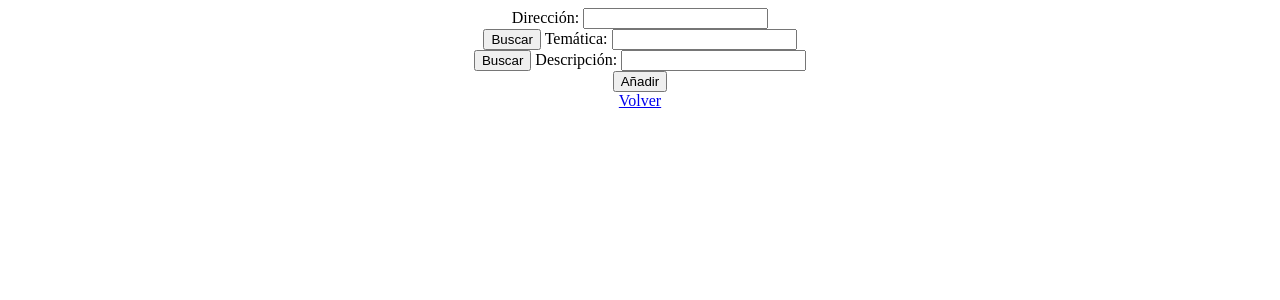
Repository: Jorgee-sk/Ws-Spring
Page: http://localhost/02_buscador_spring/addPagina.jsp
These files come from the project's save history. The page is drawn as it stood at one moment and after a run of saves; the edit follows.
The browser window is 1280 px wide. The pictures show the whole page.
The page is served by Tomcat 9.

Above is the page before, as saved 2022-04-18 10:50:48.

After the next 2 saves:
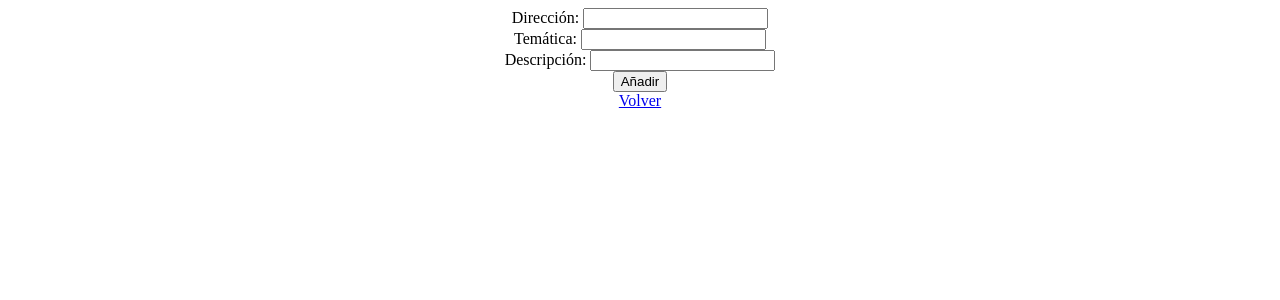
The 2 saves are shown as one change because they came seconds apart.
The last was saved 44 s later.
--- a/02_buscador_spring/src/main/webapp/addPagina.jsp
+++ b/02_buscador_spring/src/main/webapp/addPagina.jsp
@@ -8,10 +8,8 @@
 	<center>
 		<form action="Anadir">
 			Dirección: <input type="text" name="direccion"><br>
-			<input type="submit" value="Buscar">
 
 			Temática: <input type="text" name="tema"><br>
-			<input type="submit" value="Buscar">
 
 			Descripción: <input type="text" name="descripcion"><br>
 
